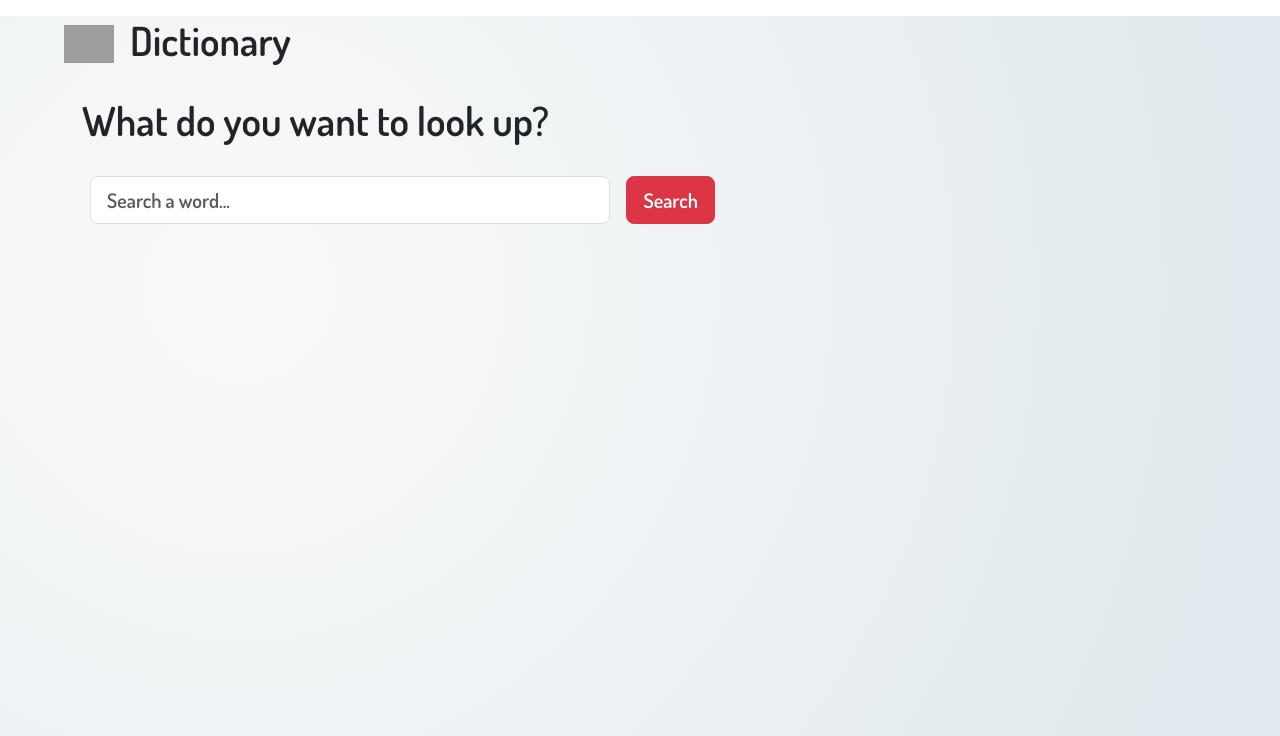
Repository: moehaymanmyint/react-dictionary-app
Page: /
These files come from the project's save history. The page is drawn as it stood at one moment and after a run of saves; the edit follows.
The browser window is 1280 px wide. The pictures show the whole page.
Pictures or frames that could not be fetched are drawn as grey boxes. The project was rebuilt for these pictures with package versions that can differ from the ones it lists, and the page was loaded fresh each time. Also part of the build but not shown: src/Synonyms.js, src/Meaning.js, src/Phonetics.js, src/Results.js.

Above is the page before, as saved 2024-09-06 11:51:07.

### public/index.html
<!DOCTYPE html>
<html lang="en">
  <head>
    <meta charset="utf-8" />
    <link rel="icon" href="%PUBLIC_URL%/favicon.ico" />
    <meta name="viewport" content="width=device-width, initial-scale=1" />
    <meta name="theme-color" content="#000000" />
    <meta
      name="description"
      content="Web site created using create-react-app"
    />
    <link rel="apple-touch-icon" href="%PUBLIC_URL%/logo192.png" />
    <!--
      manifest.json provides metadata used when your web app is installed on a
      user's mobile device or desktop. See https://developers.google.com/web/fundamentals/web-app-manifest/
    -->
    <link rel="manifest" href="%PUBLIC_URL%/manifest.json" />
    <!--
      Notice the use of %PUBLIC_URL% in the tags above.
      It will be replaced with the URL of the `public` folder during the build.
      Only files inside the `public` folder can be referenced from the HTML.

      Unlike "/favicon.ico" or "favicon.ico", "%PUBLIC_URL%/favicon.ico" will
      work correctly both with client-side routing and a non-root public URL.
      Learn how to configure a non-root public URL by running `npm run build`.
    -->
    <title>React App</title>
  </head>
  <body>
    <noscript>You need to enable JavaScript to run this app.</noscript>
    <div id="root"></div>
    <!--
      This HTML file is a template.
      If you open it directly in the browser, you will see an empty page.

      You can add webfonts, meta tags, or analytics to this file.
      The build step will place the bundled scripts into the <body> tag.

      To begin the development, run `npm start` or `yarn start`.
      To create a production bundle, use `npm run build` or `yarn build`.
    -->
  </body>
</html>

### src/App.js
import './App.css';
import 'bootstrap/dist/css/bootstrap.css';

import Search from "./Search"

function App() {
  return (
    <div className="App">
      {/* Logo */}
      <div className='logo m-3 mx-5 d-flex align-items-center'>
        <img src="https://th.bing.com/th/id/R.1ebe3e38406a8906121c9769e62adc3e?rik=d1hISy0qiMJ7Hg&pid=ImgRaw&r=0" alt="Logo" className='mx-3'/>
        <h2>Dictionary</h2>
      </div>

      <div className='container'>
        <Search />
      </div>
    </div>
  );
}

export default App;

### src/App.css
@import url('https://fonts.googleapis.com/css2?family=Dosis:wght@600&display=swap');

.App img{
    width: 50px;
}

.App{
    font-family: "Dosis", sans-serif;
    background: radial-gradient(circle at 18.7% 37.8%, rgb(250, 250, 250) 0%, rgb(225, 234, 238) 90%);
    height: 100vh;
}

### src/Search.js
import React, {useState} from "react";
import 'bootstrap/dist/css/bootstrap.css';
import axios from "axios";
import Results from "./Results"
import "./Dictionary.css";

export default function Search(){
    let [word, setWord] = useState('');
    let [results, setResult] = useState(null);

    function handleResponse(response){
        console.log(response.data[0]);
        setResult(response.data[0])
    }

    function handleSubmit(event){
        event.preventDefault();

        //API
        let apiUrl = `https://api.dictionaryapi.dev/api/v2/entries/en_US/${word}`;
        axios.get(apiUrl).then(handleResponse);
    }

    function updateWord(event){
        setWord(event.target.value);
    }

    return (
        <div className="Search">
            <h1 className="my-4">What do you want to look up?</h1>
            <div className="row d-flex">
                <div className="col-7">
                    <form onSubmit={handleSubmit} className="d-flex">
                        <input type="search" className="form-control form-control-lg m-2" value={word} onChange={updateWord} placeholder="Search a word..."/>
                        <input type="submit" value="Search" className="btn btn-danger btn-lg m-2"/>
                    </form>
                    <section className="meaning">
                        <Results results={results}/>
                    </section>
                </div>
                <div className="col-5">

                </div>
            </div>
        </div>
    );
}

### src/Dictionary.css

.Results .box,
.Meaning{
    background-color: white;
    box-shadow: rgba(100, 100, 111, 0.2) 0px 7px 29px 0px;
    border-radius: 10px;
}

h2{
    font-size: 40px;
    text-transform: capitalize;
}

p{
    font-size: 18px;
}

Loaded but not shown: src/index.js (common file); src/index.css (common file); src/reportWebVitals.js (common file)

After the next 2 saves:
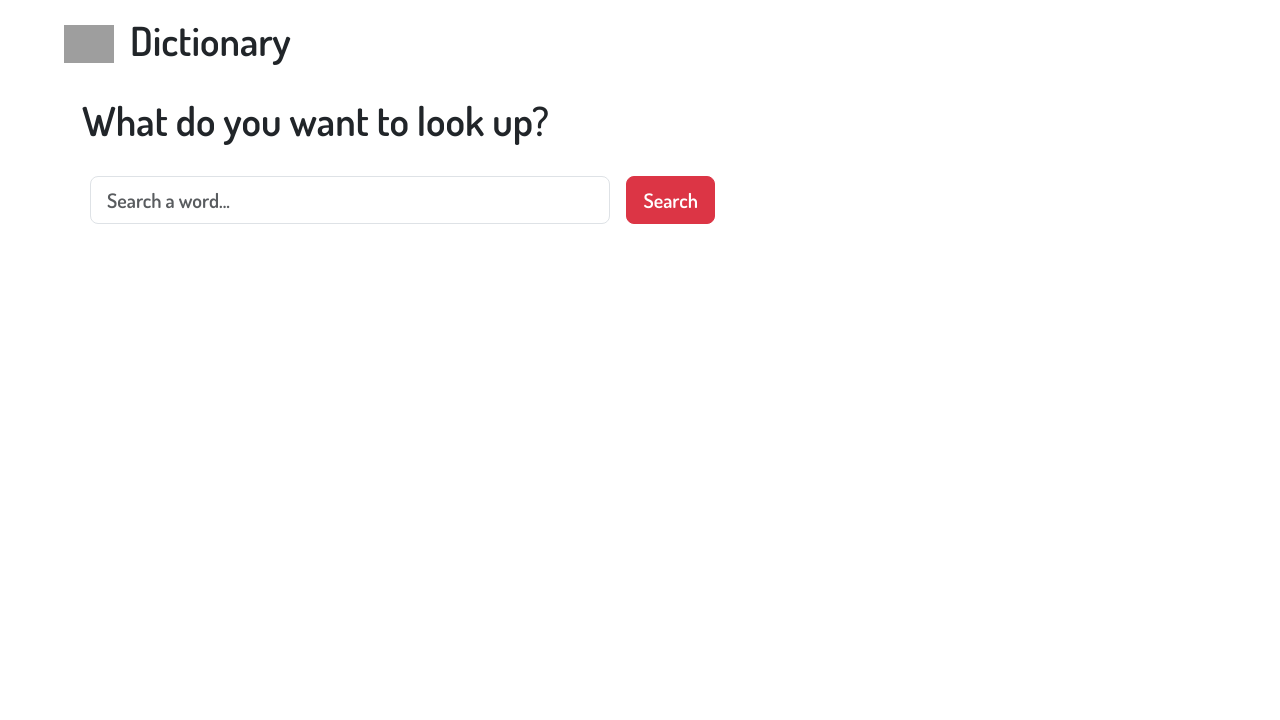
The 2 saves are shown as one change because they came seconds apart.
The last was saved 47 s later.
--- a/src/App.css
+++ b/src/App.css
@@ -6,6 +6,4 @@
 
 .App{
     font-family: "Dosis", sans-serif;
-    background: radial-gradient(circle at 18.7% 37.8%, rgb(250, 250, 250) 0%, rgb(225, 234, 238) 90%);
-    height: 100vh;
 }
